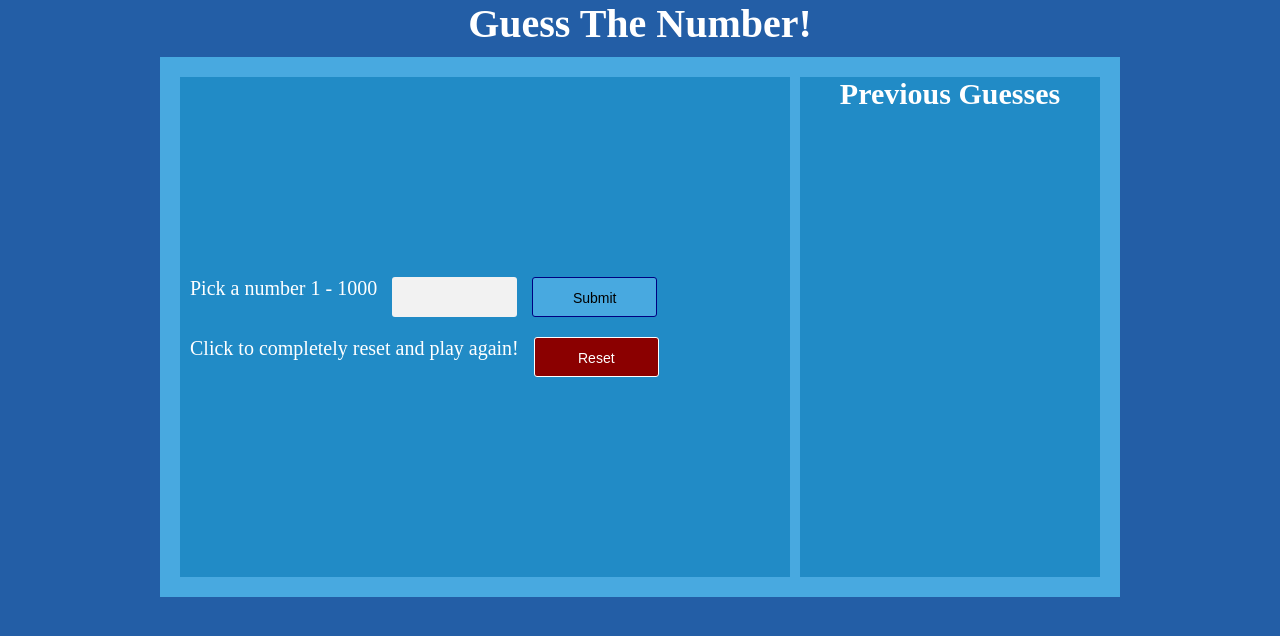
Repository: mlmEFSC21/P15-Modified-Guessing-Game
Page: guess.html
The author's editor kept a copy of each file at every save. The page is drawn from the files as they stood at one save, then again after the next save.
The browser window is 1280 px wide. The pictures show the whole page.

Above is the page before, as saved 2022-03-21 20:52:25.

After the next save:
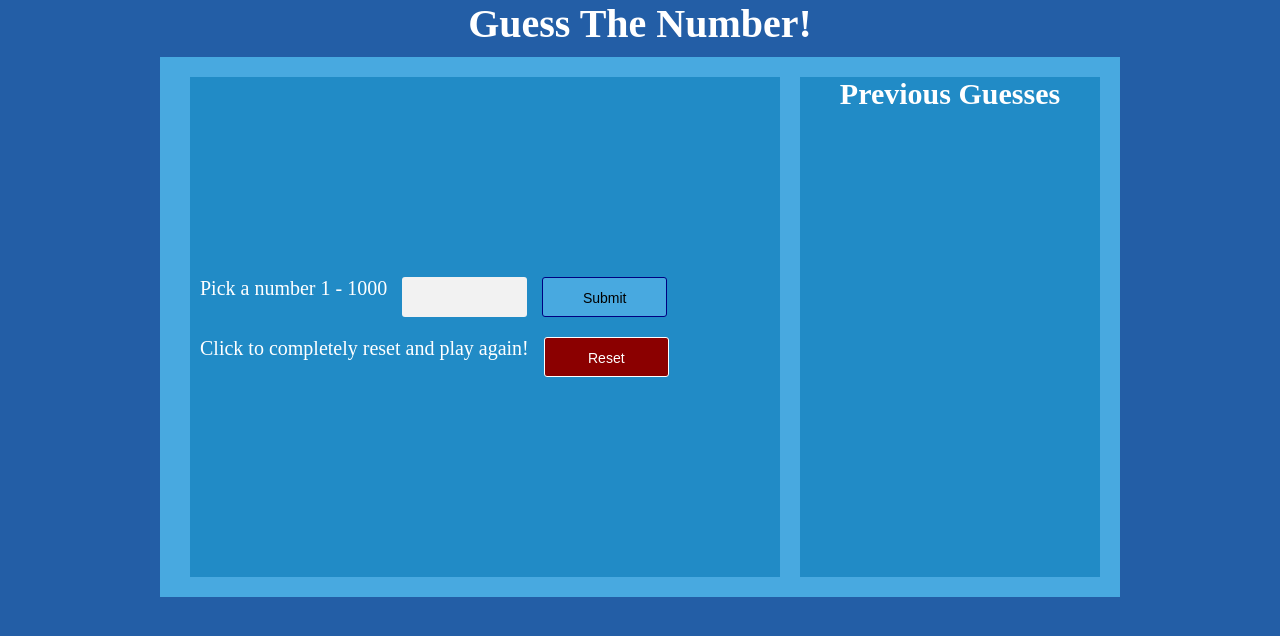
Saved 11 s later.
--- a/guess.css
+++ b/guess.css
@@ -36,7 +36,7 @@ body {
     background-color: var(--clr-primary);
     display: flex;
     flex-direction: column-reverse;
-    margin: 10px aut10pxo;
+    margin: 10px 10px;
     padding: 10px;
     grid-column: 1 / 3;
     grid-row: 1 / 4;
